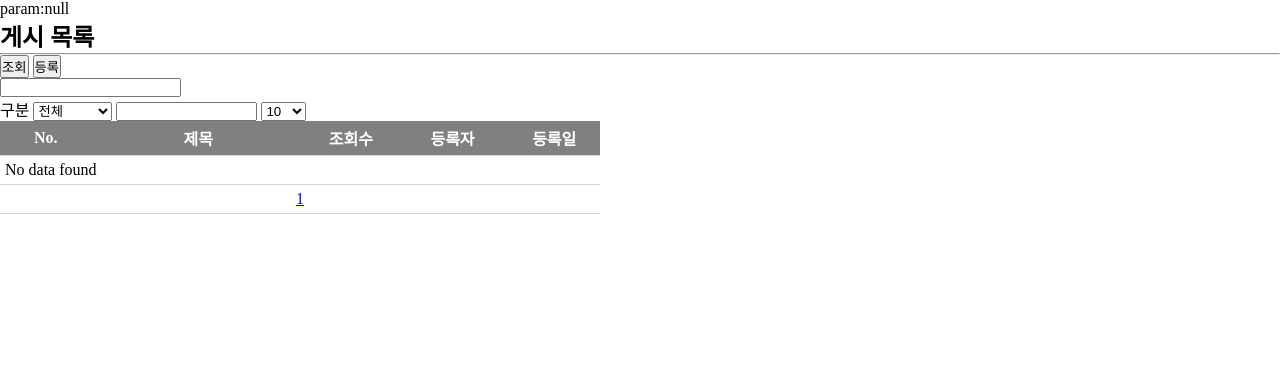
Repository: kimjoohye/study_WEB
Page: http://localhost/studyhtml5/board/board_list.jsp
These files come from the project's save history. The page is drawn as it stood at one moment and after the next save; the edit follows.
The browser window is 1280 px wide. The pictures show the whole page.
The page is served by Tomcat 9. Nobody is signed in. The application's start-up code is not run.

Above is the page before, as saved 2022-05-19 06:13:46.

After the next save:
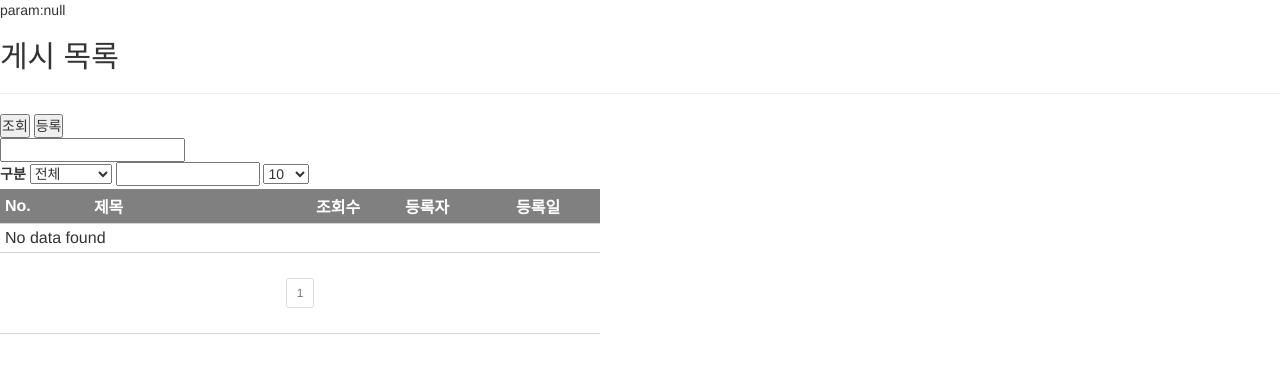
Saved 4 min 28 s later.
--- a/workspace/studyhtml5/WebContent/board/board_list.jsp
+++ b/workspace/studyhtml5/WebContent/board/board_list.jsp
@@ -46,6 +46,13 @@
 
 <!--reset 스타일 시트 -->
 <!-- link rel="stylesheet" type="text/css" href="<%=contPath %>/asset/css/reset.css" -->
+
+<!-- bootstrap CDN -->
+<!-- 합쳐지고 최소화된 최신 CSS -->
+<link rel="stylesheet" href="https://maxcdn.bootstrapcdn.com/bootstrap/3.3.2/css/bootstrap.min.css">
+<!-- 부가적인 테마 -->
+<link rel="stylesheet" href="https://maxcdn.bootstrapcdn.com/bootstrap/3.3.2/css/bootstrap-theme.min.css">
+
 <link rel="stylesheet"  type="text/css" href="<%=contPath %>/asset/css/jquery-ui.css">
 <!--스타일 시트 -->
 <style type="text/css">
@@ -55,6 +62,9 @@
 <script type="text/javascript" src="<%=contPath %>/asset/js/jquery-1.12.4.js"></script>
 <!-- jQuery UI -->
 <script type="text/javascript" src="<%=contPath %>/asset/js/jquery-ui.js"></script>
+
+<!-- 합쳐지고 최소화된 최신 자바스크립트 -->
+<script src="https://maxcdn.bootstrapcdn.com/bootstrap/3.3.2/js/bootstrap.min.js"></script>
 
 <!-- 스타일 시트 -->
 <style type="text/css">
